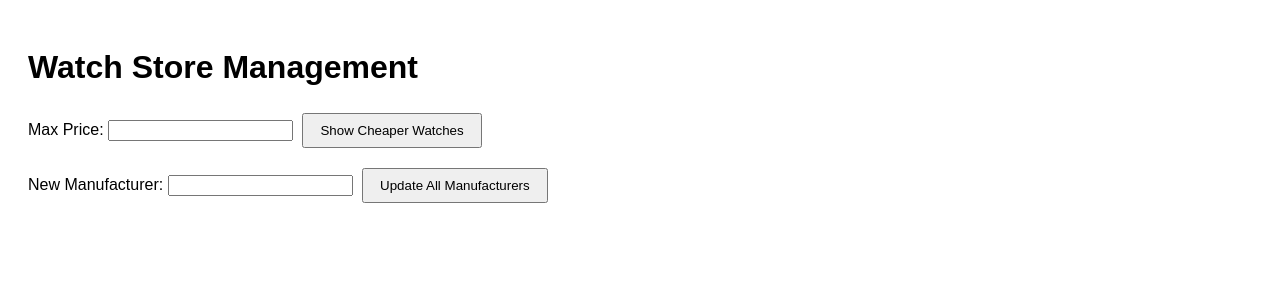
Repository: MaksimKrupkin/lab5
Page: public/index.html
These files come from the project's save history. The page is drawn as it stood at one moment and after the next save; the edit follows.
The browser window is 1280 px wide. The pictures show the whole page.

Above is the page before, as saved 2025-04-29 17:08:54.

After the next save:
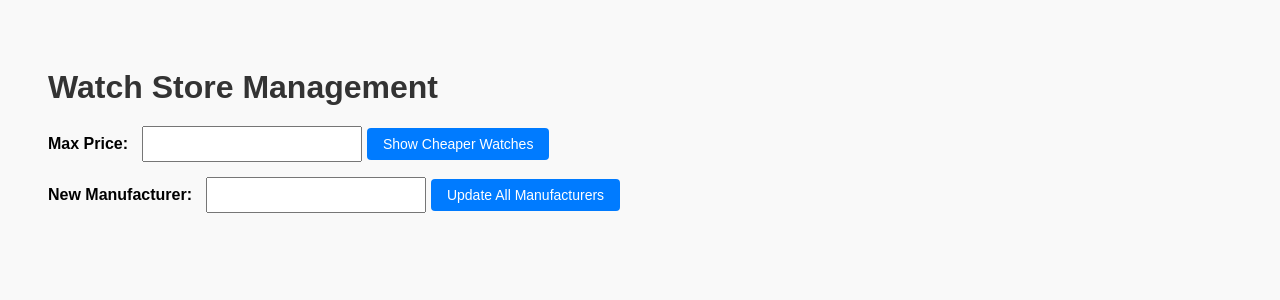
Saved 9 min 19 s later.
--- a/public/index.html
+++ b/public/index.html
@@ -5,17 +5,54 @@
     <style>
       body {
         font-family: Arial, sans-serif;
-        padding: 20px;
+        padding: 40px;
+        background-color: #f9f9f9;
       }
+
+      h1 {
+        color: #333;
+        font-size: 32px;
+        margin-bottom: 20px;
+      }
+
       .input-group {
-        margin: 10px 0;
+        margin: 15px 0;
       }
+
+      label {
+        font-weight: bold;
+        margin-right: 10px;
+      }
+
+      input[type='number'],
+      input[type='text'] {
+        padding: 8px;
+        font-size: 14px;
+        width: 200px;
+      }
+
       button {
         padding: 8px 16px;
-        margin: 5px;
+        font-size: 14px;
+        background-color: #007bff;
+        color: white;
+        border: none;
+        border-radius: 4px;
+        cursor: pointer;
       }
+
+      button:hover {
+        background-color: #0056b3;
+      }
+
       #result {
         margin-top: 20px;
+        font-size: 16px;
+        color: #222;
+      }
+
+      strong {
+        color: #444;
       }
     </style>
   </head>
